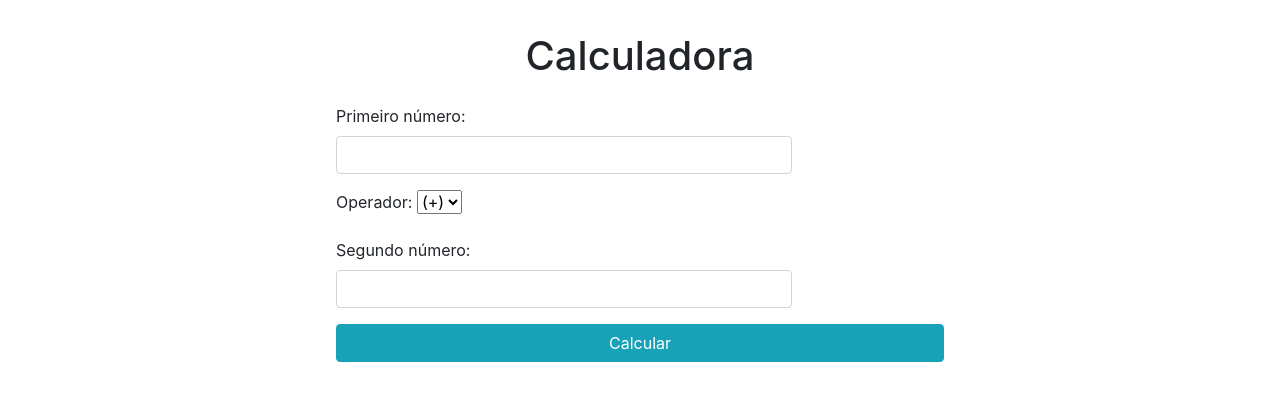
Repository: babirms/DAC
Page: Calculadora/WebContent/home.html
The author's editor kept a copy of each file at every save. The page is drawn from the files as they stood at one save, then again after the next save.
The browser window is 1280 px wide. The pictures show the whole page.

Above is the page before, as saved 2020-09-20 23:09:59.
Console error (its wording comes from the project's code and is left out).

### Calculadora/WebContent/home.html
<!DOCTYPE html>
<html>
<head>
<meta charset="ISO-8859-1">
<title>Calculadora - Página Inicial</title>
<link href="bootstrap/css/bootstrap.min.css" rel="stylesheet"
	type="text/css" />
<script type="text/javascript" src="bootstrap/js/bootstrap.min.js"></script>
</head>
<body>
	<div class="d-flex flex-column align-items-center">
		<div class="container w-50 p-3 ">
			<h1 class="p-3 text-center">Calculadora</h1>
			<form action="CalculadoraServlet" method="get">
				<div class="form-group w-75 align-items-center">
					<label for="primeiroNum">Primeiro número: </label> <input
						type="number" class="form-control" name="primeiroValue"
						id="primeiroNum ">
				</div>
				<div class="form-group">
					<label>Operador: </label> <select name="operacao">
						<option value="soma">(+)</option>
						<option value="sub">(-)</option>
						<option value="mul">(*)</option>
						<option value="div">(/)</option>
					</select>
				</div>
				<div class="form-group w-75">
					<label for="segundoNum">Segundo número: </label> <input
						type="number" id="segundoNum" class="form-control"
						name="segundoValue">
				</div>
				<button class="btn btn-info btn-block" type="submit">Calcular</button>
			</form>
		</div>
	</div>

</body>
</html>

Loaded but not shown: Calculadora/WebContent/bootstrap/css/bootstrap.min.css (library); Calculadora/WebContent/bootstrap/js/bootstrap.min.js (library)

After the next save:
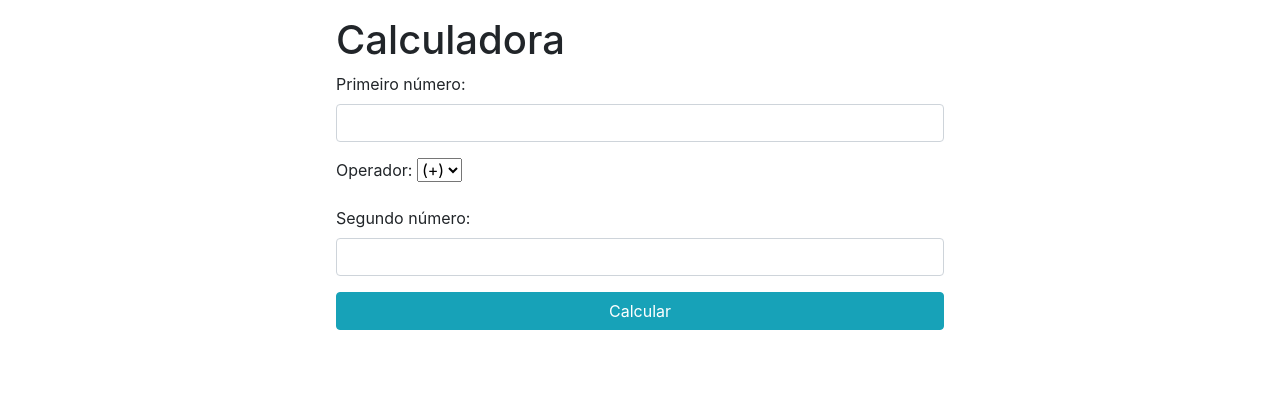
Saved 21 s later.
--- a/Calculadora/WebContent/home.html
+++ b/Calculadora/WebContent/home.html
@@ -8,31 +8,30 @@
 <script type="text/javascript" src="bootstrap/js/bootstrap.min.js"></script>
 </head>
 <body>
-	<div class="d-flex flex-column align-items-center">
-		<div class="container w-50 p-3 ">
-			<h1 class="p-3 text-center">Calculadora</h1>
-			<form action="CalculadoraServlet" method="get">
-				<div class="form-group w-75 align-items-center">
-					<label for="primeiroNum">Primeiro número: </label> <input
-						type="number" class="form-control" name="primeiroValue"
-						id="primeiroNum ">
-				</div>
-				<div class="form-group">
-					<label>Operador: </label> <select name="operacao">
-						<option value="soma">(+)</option>
-						<option value="sub">(-)</option>
-						<option value="mul">(*)</option>
-						<option value="div">(/)</option>
-					</select>
-				</div>
-				<div class="form-group w-75">
-					<label for="segundoNum">Segundo número: </label> <input
-						type="number" id="segundoNum" class="form-control"
-						name="segundoValue">
-				</div>
-				<button class="btn btn-info btn-block" type="submit">Calcular</button>
-			</form>
-		</div>
+	<div class="d-flex flex-column align-items-center col-xs-10">
+	<div class="container w-50 p-3">
+		<h1>Calculadora</h1>
+		<form action="CalculadoraServlet" method="get">
+			<div class="form-group">
+				<label for="primeiroNum">Primeiro número: </label> <input
+					type="number" class="form-control" name="primeiroValue"
+					id="primeiroNum ">
+			</div>
+			<div class="form-group">
+				<label>Operador: </label> <select name="operacao">
+					<option value="soma">(+)</option>
+					<option value="sub">(-)</option>
+					<option value="mul">(*)</option>
+					<option value="div">(/)</option>
+				</select>
+			</div>
+			<div class="form-group">
+				<label for="segundoNum">Segundo número: </label> <input
+					type="number" id="segundoNum" class="form-control"
+					name="segundoValue">
+			</div>
+			<button class="btn btn-info btn-block" type="submit">Calcular</button>
+		</form>
 	</div>
 
 </body>
